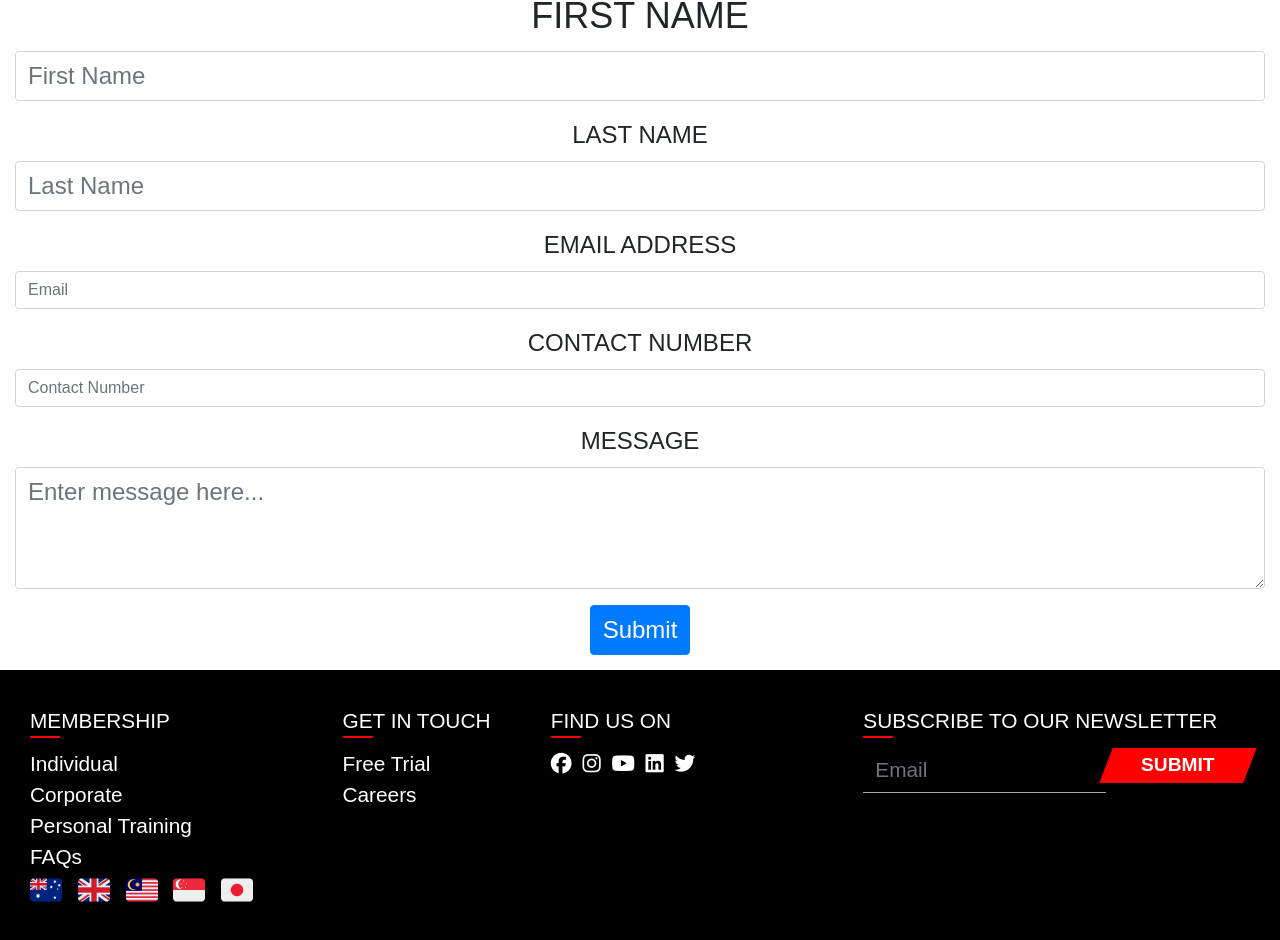
Repository: KJY93/User_Centric_Frontend_Development_Project
Page: contact.html
The author's editor kept a record of every edit. The page is drawn from the files as they stood at one moment, then again after the next edit.
The browser window is 1280 px wide. The pictures show the part of the page from y = 667 to 1619 px (the page is 1607 px tall before and 1619 px after).
Some web fonts or font styles are not loaded; a fallback is used. Some web libraries are served in a nearby version.

Above is the page before.

After the next edit:
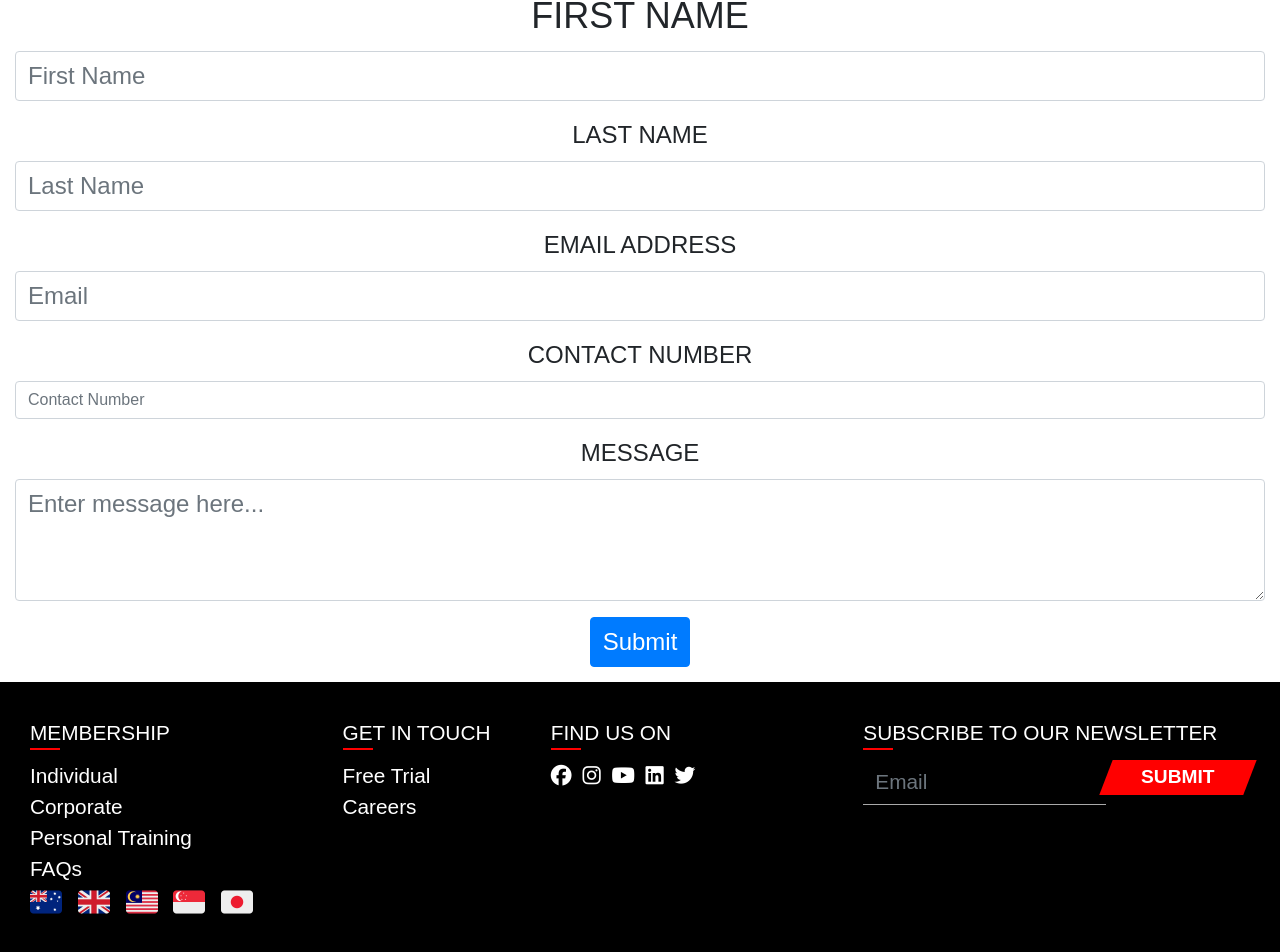
The edit:
--- a/contact.html
+++ b/contact.html
@@ -75,7 +75,7 @@
 
                     <div class="form-group">
                         <div class="form-attribute"><label for="email-address">EMAIL ADDRESS</label></div>
-                        <input type="email" class="form-control" id="email-address" placeholder="Email">
+                        <input type="email" class="form-control form-placeholder" id="email-address" placeholder="Email">
                     </div>
 
                     <div class="form-group">
